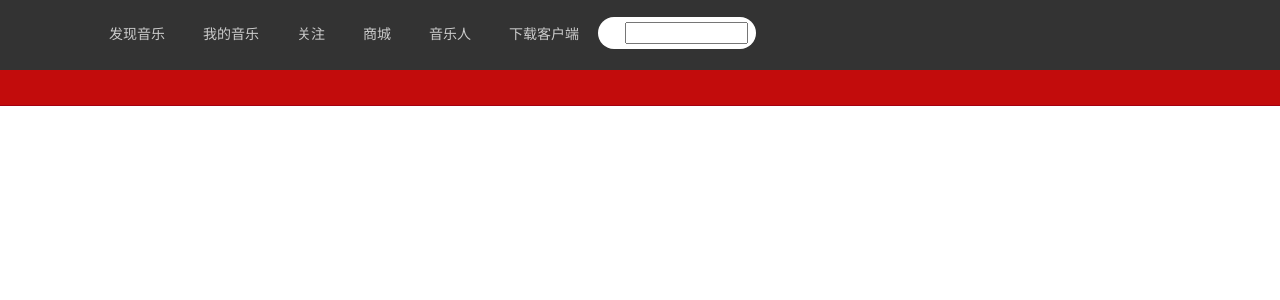
Repository: xtcgjk/-
Page: /
These files come from the project's save history. The page is drawn as it stood at one moment and after the next save; the edit follows.
The browser window is 1280 px wide. The pictures show the whole page.
The project was rebuilt for these pictures with package versions that can differ from the ones it lists, and the page was loaded fresh each time.

Above is the page before, as saved 2022-02-23 16:29:47.

### index.html
<!DOCTYPE html>
<html>
  <head>
    <meta charset="utf-8" />
    <meta name="viewport" content="width=device-width,initial-scale=1.0" />
    <title>vue-music</title>
  </head>
  <body>
    <div id="app"></div>
    <!-- built files will be auto injected -->
  </body>
</html>
<style>
  body {
    margin: 0;
    padding: 0;
  }
</style>

### src/main.js
// The Vue build version to load with the `import` command
// (runtime-only or standalone) has been set in webpack.base.conf with an alias.
import Vue from "vue";
import App from "./App";
import router from "./routers";
import http from "./axios/index";
import ElementUI from "element-ui";
import "element-ui/lib/theme-chalk/index.css";

Vue.use(ElementUI);
Vue.prototype.$http = http;

/* eslint-disable no-new */
new Vue({
  el: "#app",
  router,
  components: { App },
  template: "<App/>"
});

### src/App.vue
<template>
  <div id="app">
    <router-view></router-view>
  </div>
</template>

<script>
export default {
  name: "App",
  components: {},
};
</script>

<style>
/* #app {
  font-family: "Avenir", Helvetica, Arial, sans-serif;
  -webkit-font-smoothing: antialiased;
  -moz-osx-font-smoothing: grayscale;
  text-align: center;
  color: #2c3e50;
  margin-top: 60px;
} */
</style>

### src/routers/index.js
import Vue from "vue";
import VueRouter from "vue-router";
Vue.use(VueRouter);
const router = new VueRouter({
  mode: "history",
  routes: [
    {
      path: "/",
      redirect: "/music"
    },
    {
      path: "/music",
      component: () => import("@/views/music")
    }
  ]
});

export default router;

### src/axios/index.js
function http(userOptions) {
  console.log("成功了");
}

### src/views/music/index.vue
<template>
  <div id="container">
    <div></div>
    <Header />
    <Header2 />
  </div>
</template>

<script>
import Header from "../../components/header";
import Header2 from "../../components/header2";
export default {
  components: {
    Header,
    Header2,
  },
};
</script>
<style scoped>
</style>

### src/components/header/index.vue
<template>
  <div id="wrapper">
    <div id="header">
      <router-link to="">发现音乐</router-link>
      <router-link to="">我的音乐</router-link>
      <router-link to="">关注</router-link>
      <router-link to="">商城</router-link>
      <router-link to="">音乐人</router-link>
      <router-link to="">下载客户端</router-link>
      <div id="search">
        <input
          type="text"
          style="
            width: 115px;
            height: 16px;
            position: absolute;
            left: 27px;
            top: 5px;
          "
        />
      </div>
    </div>
  </div>
</template>

<script>
export default {
  name: "Header",
  data() {
    return {};
  },
};
</script>
<style scoped>
#wrapper {
  background-color: #333;
}
#header {
  width: 1100px;
  height: 70px;
  background-color: #333;
  margin: auto;
}
a {
  text-decoration: none;
  color: #ccc;
  font-style: normal;
  font-size: 14px;
  height: 70px;
  line-height: 70px;
  display: inline-block;
  padding: 0 19px;
}
#search {
  width: 158px;
  height: 32px;
  background-color: #fff;
  border-radius: 32px;
  display: inline-block;
  position: relative;
  top: 10px;
}
</style>

### src/components/header2/index.vue
<template>
  <div id="header2"></div>
</template>
<script>
export default {
  name: "Header2",
  data() {
    return {};
  },
};
</script>
<style scoped>
#header2 {
  height: 35px;
  background-color: #c20c0c;
  border-bottom: 1px solid #a40011;
}
</style>

After the next save:
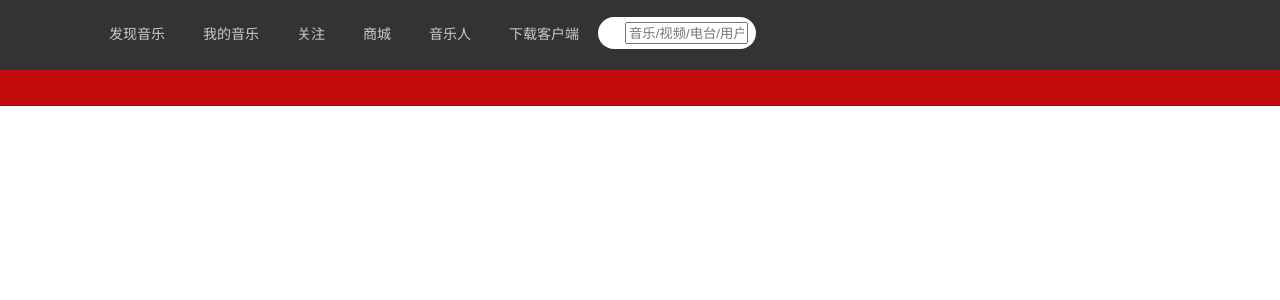
Saved 36 s later.
--- a/src/components/header/index.vue
+++ b/src/components/header/index.vue
@@ -9,6 +9,7 @@
       <router-link to="">下载客户端</router-link>
       <div id="search">
         <input
+          placeholder="音乐/视频/电台/用户"
           type="text"
           style="
             width: 115px;
